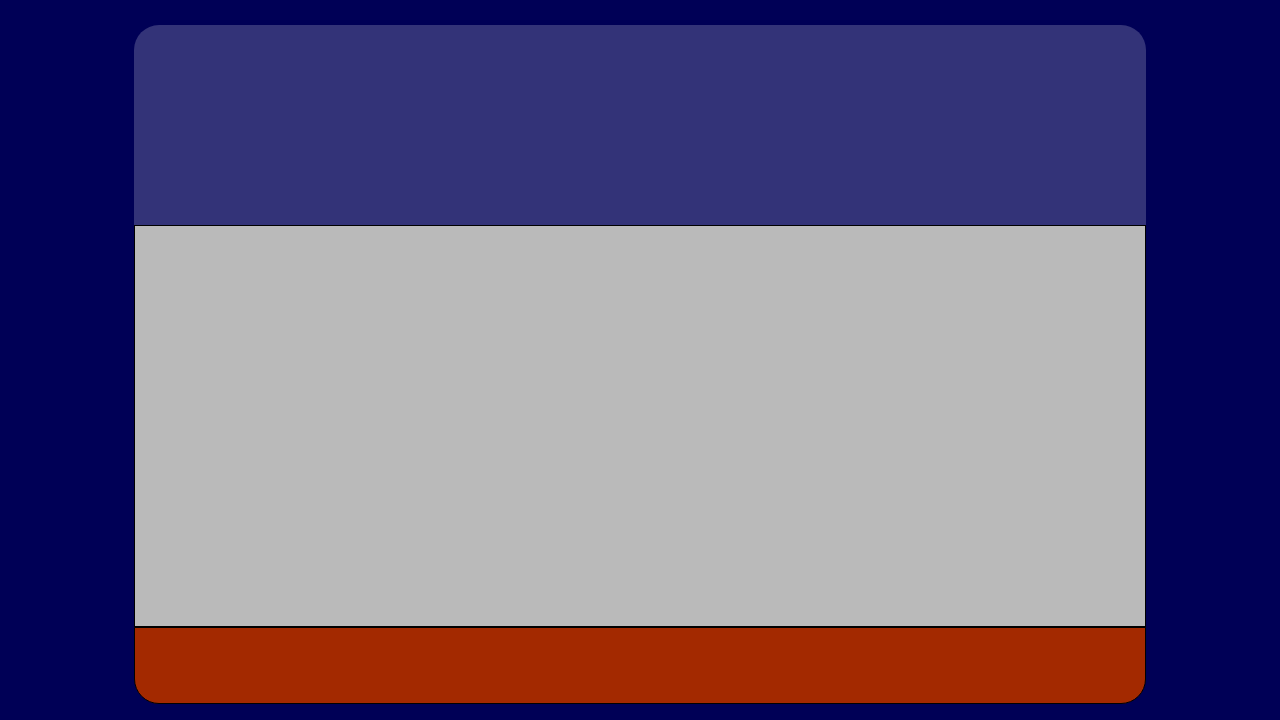
Repository: robvollmar/homework2
Page: index.html
The author's editor kept a record of every edit. The page is drawn from the files as they stood at one moment, then again after the next edit.
The browser window is 1280 px wide. The pictures show the whole page.

Above is the page before.

### index.html
<!DOCTYPE html>
<html>
<head>
    <link type="text/css" rel="stylesheet" href="stylesheet.css"/>
    <title>The Rob Vollmar Pre-Memorial Page</title>
</head>
    <body>
        <div class="header">

        </div>
        <div class="middle">
            <div class="menu">

            </div>
            <div class="body">

            </div>

        </div>
        <div class="footer">

        </div>
    </body>
</html>

### stylesheet.css
html
{
    background-color: #000056;
}

.header {
    background-color: #333378;
    border: 2px;
    border-top-left-radius: 25px;
    border-top-right-radius: 25px;
    height: 200px;
    margin-top: 25px;
    margin-left: 10%;
    margin-right: 10%;
    }

.middle {
    background-color: #bababa;
    border: 1px solid;
    height: 400px;
    margin-left: 10%;
    margin-right: 10%;
    }

.footer {
    background-color: #A32900;
    border: 1px solid;
    border-bottom-left-radius: 25px;
    border-bottom-right-radius: 25px;
    height: 75px;
    margin-left: 10%;
    margin-right: 10%;

}

After the next edit:
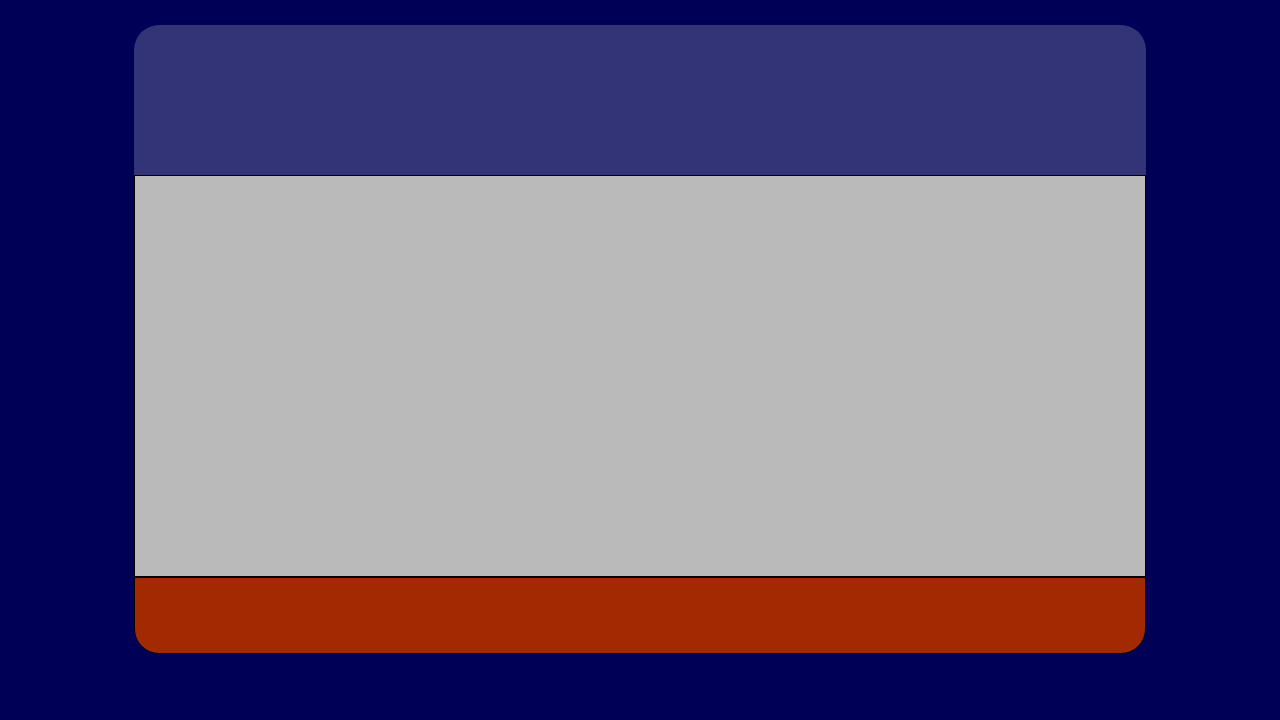
The edit:
--- a/stylesheet.css
+++ b/stylesheet.css
@@ -8,7 +8,7 @@
     border: 2px;
     border-top-left-radius: 25px;
     border-top-right-radius: 25px;
-    height: 200px;
+    height: 150px;
     margin-top: 25px;
     margin-left: 10%;
     margin-right: 10%;
